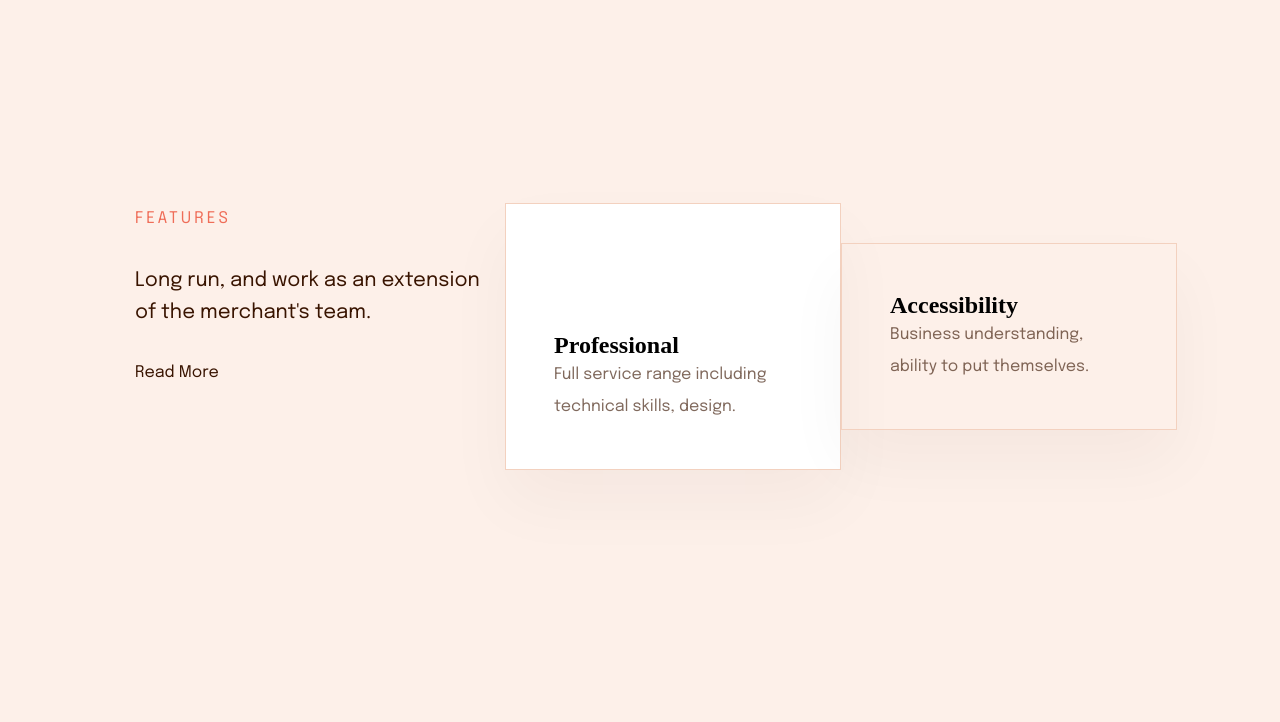
Repository: kubrazamanova/Project-7
Page: index.html
These files come from the project's save history. The page is drawn as it stood at one moment and after the next save; the edit follows.
The browser window is 1280 px wide. The pictures show the whole page.

Above is the page before, as saved 2023-09-23 10:40:40.

### index.html
<!DOCTYPE html>
<html lang="en">
  <head>
    <meta charset="UTF-8" />
    <meta name="viewport" content="width=device-width, initial-scale=1.0" />
    <link rel="stylesheet" href="index.css" />
    <title>Document</title>
  </head>
  <body>
    <div class="container">
      <div class="box">
        <h1>Features</h1>
        <p>Long run, and work as an extension of the merchant's team.</p>
        <a href="#">Read More</a>
      </div>

      <ul>
        <li >

          <div class="circle">

          </div>
            <h2>Professional</h2>
            <span>Full service range including technical skills, design.</span>

        </li>
        <li>

            <h2>Accessibility</h2>
            <span>Business understanding, ability to put themselves.</span>

        </li>
      </ul>
    </div>
  </body>
</html>

### index.css
@import url("https://fonts.googleapis.com/css2?family=Epilogue:wght@400;700&display=swap");
* {
  margin: 0;
  padding: 0;
  box-sizing: border-box;
}

.container {
  padding: 203px 182px 252px 135px;
  background: #fdf0e9;
  min-height: 100vh;
  display: flex;
  justify-content: space-between;
}

.container .box h1 {
  margin-bottom: 30px;
  color: var(--Text_Dark_Accent, #ef6d58);
  font-feature-settings: "clig" off, "liga" off;
  font-family: Epilogue;
  font-size: 16px;
  font-style: normal;
  font-weight: 400;
  line-height: 32px;
  letter-spacing: 3px;
  text-transform: uppercase;
}

.container .box p {
  width: 370px;
  color: var(--Text_Dark, #391400);
  font-feature-settings: "clig" off, "liga" off;
  font-family: Epilogue;
  font-size: 20px;
  font-style: normal;
  font-weight: 400;
  line-height: 32px;
}

.container .box a {
  margin-top: 28px;
  display: block;
  color: var(--Text_Dark, #391400);
  font-feature-settings: "clig" off, "liga" off;
  font-family: Epilogue;
  font-size: 16px;
  font-style: normal;
  font-weight: 400;
  line-height: 32px;
  text-decoration: none;
}
ul {
  /* padding: 0 134px; */
  display: flex;
  align-items: center;
}

ul li {
  list-style-type: none;
  border: 1px solid #f3d1bf;
  padding: 48px 48px 46px 48px;
  width: 336px;
  box-shadow: 0px 32px 64px 0px rgba(57, 20, 0, 0.04);
}
ul li .circle{
  width: 80px;
height: 80px;
}
ul li:first-child {
  background-color: white;
}
ul li .container li h2 {
  color: var(--Text_Dark, #391400);
  font-feature-settings: "clig" off, "liga" off;
  font-family: Epilogue;
  font-size: 24px;
  font-style: normal;
  font-weight: 700;
  line-height: 32px;
}

.container li span {
  width: 240px;
  color: var(--Text_Dark_Gray, rgba(57, 20, 0, 0.64));
  font-feature-settings: "clig" off, "liga" off;
  font-family: Epilogue;
  font-size: 16px;
  font-style: normal;
  font-weight: 400;
  line-height: 32px;
}

.white-box {
  background-color: white;

  border-radius: 6px 6px 0px 6px;
}

.white-box .box-3 h2 {
  margin-top: 41px;
}

.white-box .box-3 span {
  margin-top: 19px;
}

After the next save:
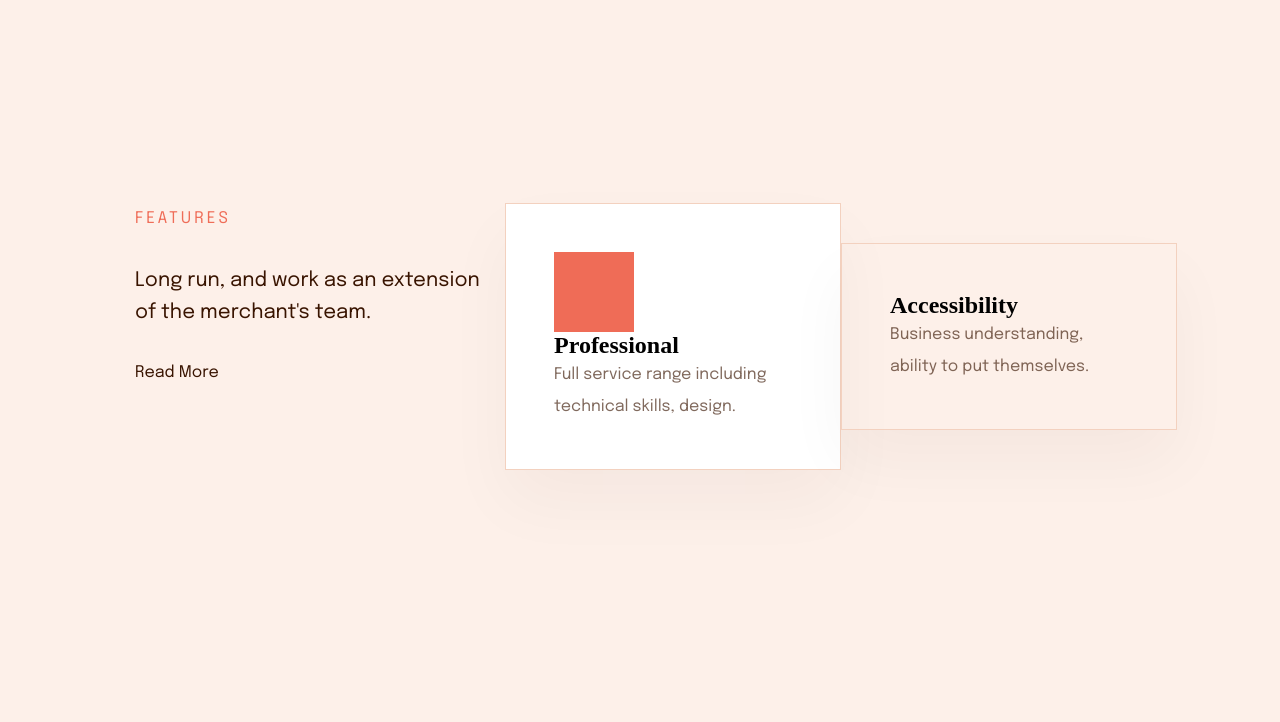
Saved 10 s later.
--- a/index.css
+++ b/index.css
@@ -65,6 +65,7 @@ ul li {
 ul li .circle{
   width: 80px;
 height: 80px;
+background-color: #EF6C57;
 }
 ul li:first-child {
   background-color: white;
